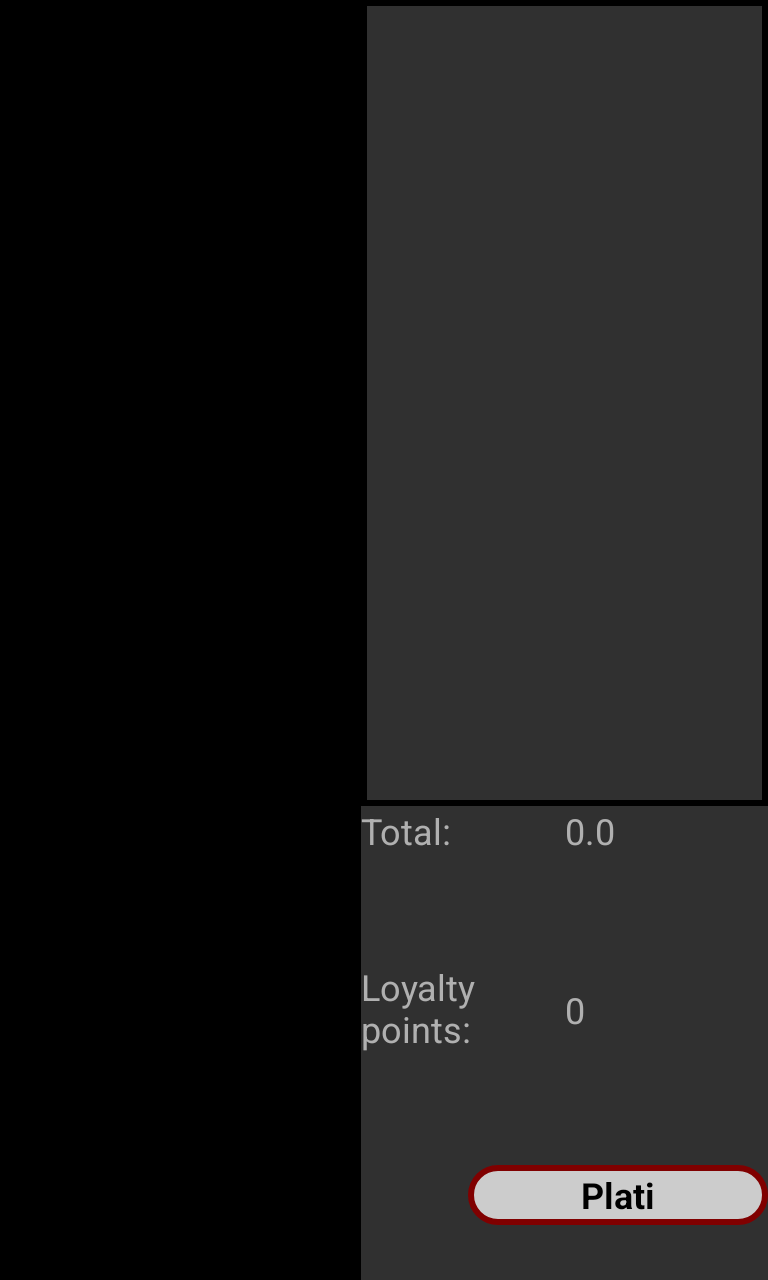
Repository: dzenisahusic/AndroidApp
Layout: Edit2014Sales/res/layout/fragment_kasa.xml
These files come from the project's save history. The layout is drawn as it stood at one moment and after the next save; the edit follows.
It is drawn on a 768 x 1280 px phone screen (xhdpi) without system bars, with theme AppTheme; the app's code is not run. Lists and similar views that code fills are empty.

Above is the layout before, as saved 2014-07-15 19:15:10.

After the next save:
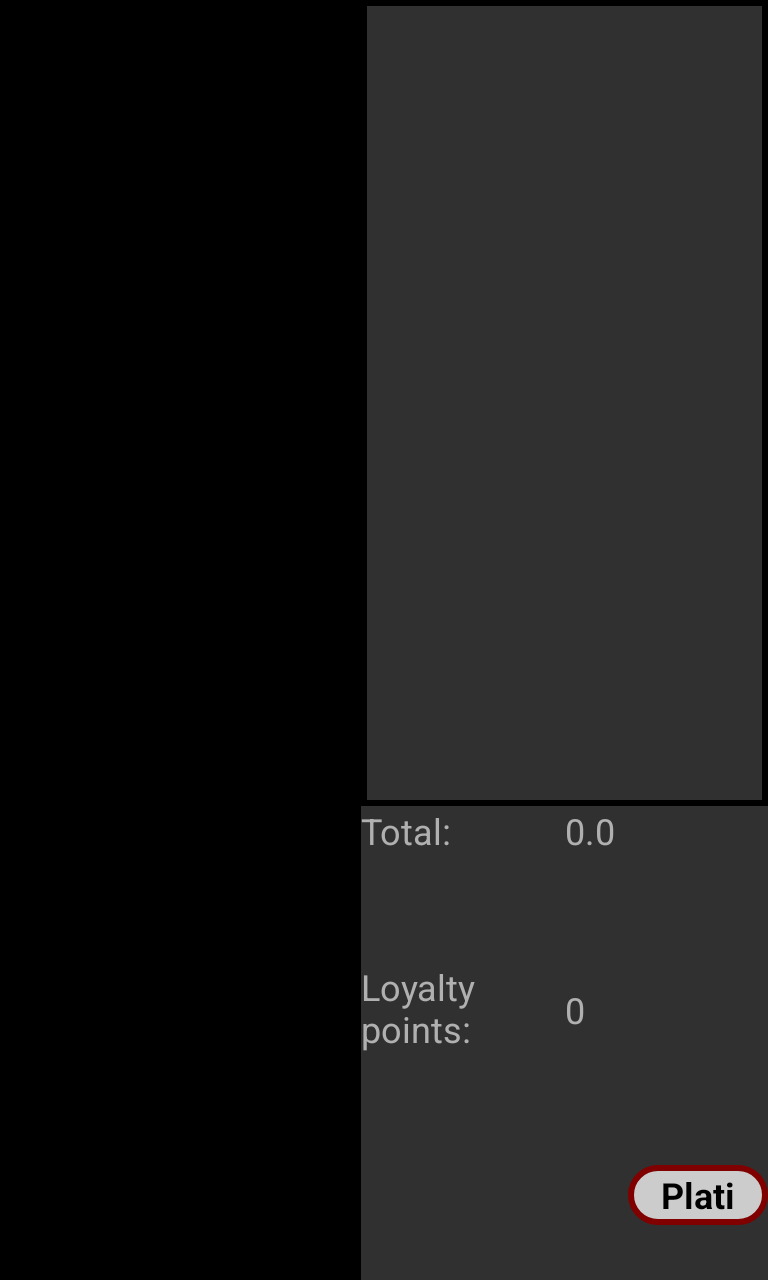
Saved 31 s later.
--- a/Edit2014Sales/res/layout/fragment_kasa.xml
+++ b/Edit2014Sales/res/layout/fragment_kasa.xml
@@ -179,7 +179,7 @@
 
       <Button
           android:id="@+id/plati"
-          android:layout_width="150dp"
+          android:layout_width="70dp"
           android:layout_height="30dp"
           android:background="@drawable/rounded_corner_top"
           android:gravity="fill_vertical|center_horizontal|center"
